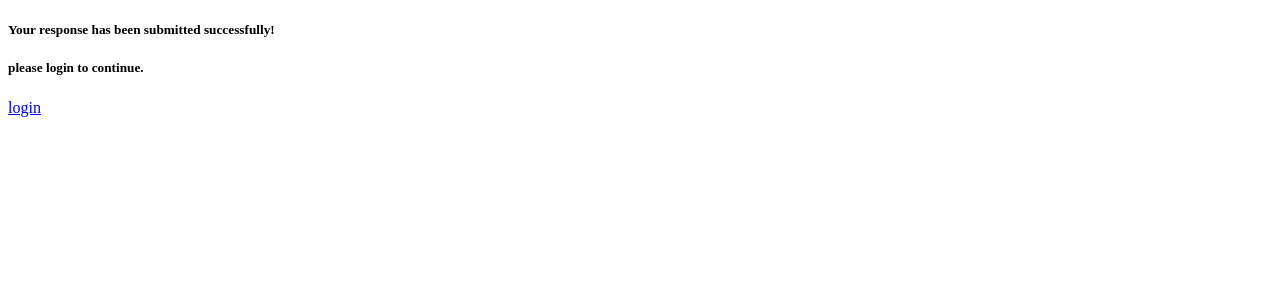
Repository: Ashwini-Tikotekar/servlets
Page: http://localhost/LoginRegistrationApp/logout.jsp
These files come from the project's save history. The page is drawn as it stood at one moment and after the next save; the edit follows.
The browser window is 1280 px wide. The pictures show the whole page.
The page is served by Tomcat 9.

Above is the page before, as saved 2019-01-29 13:44:18.

After the next save:
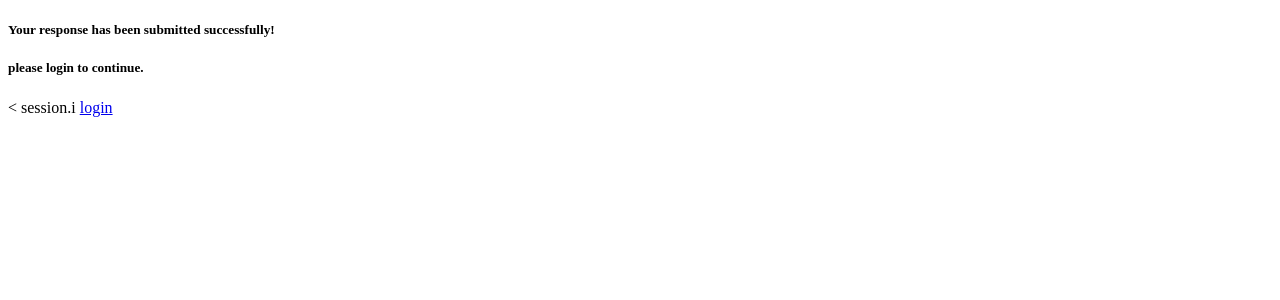
Saved 2 min 28 s later.
--- a/LoginRegistrationApp/WebContent/logout.jsp
+++ b/LoginRegistrationApp/WebContent/logout.jsp
@@ -9,6 +9,7 @@
 
 <h5> Your response has been submitted successfully!</h5>
 <h5>please login to continue.</h5>
+< session.i
 <a href="login.html">login</a>
 
 
